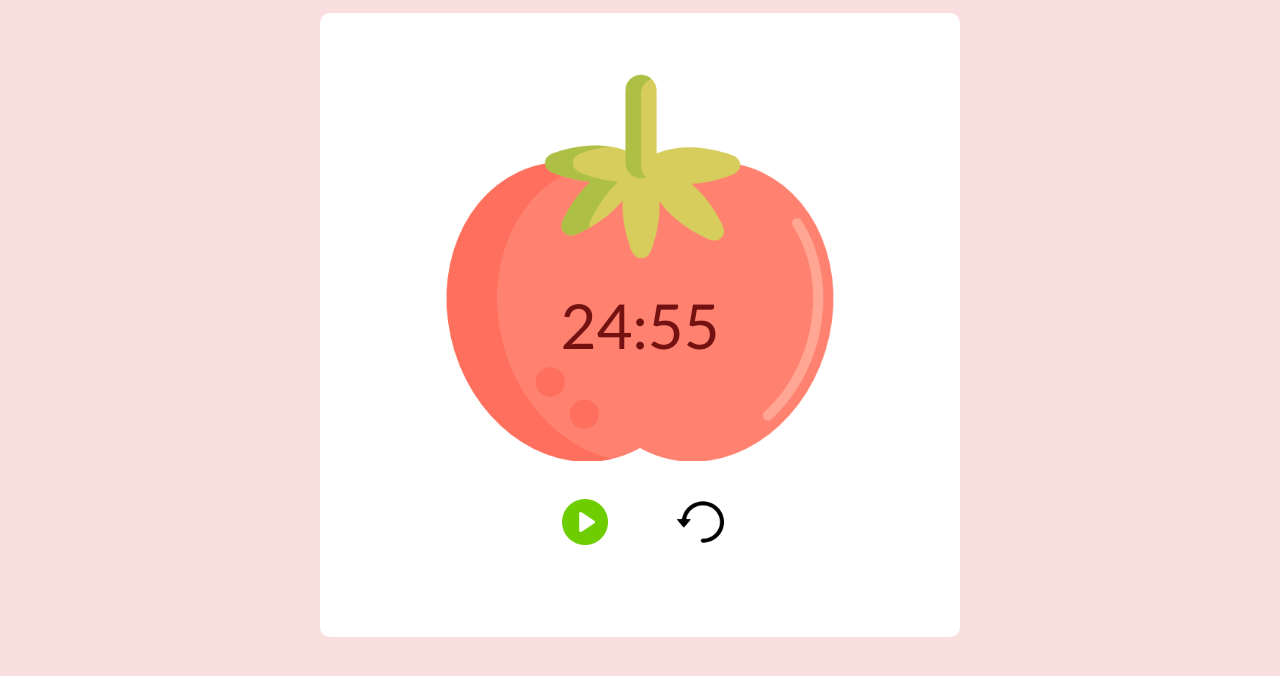
Repository: Dirlandia404/pomodoro
Page: /
An editor plug-in stored every save of this project. The page is shown before and after the next save, followed by the edit.
The browser window is 1280 px wide. The pictures show the whole page.
The project was rebuilt for these pictures with package versions that can differ from the ones it lists, and the page was loaded fresh each time.

Above is the page before, as saved 2021-11-26 08:13:27.

After the next save:
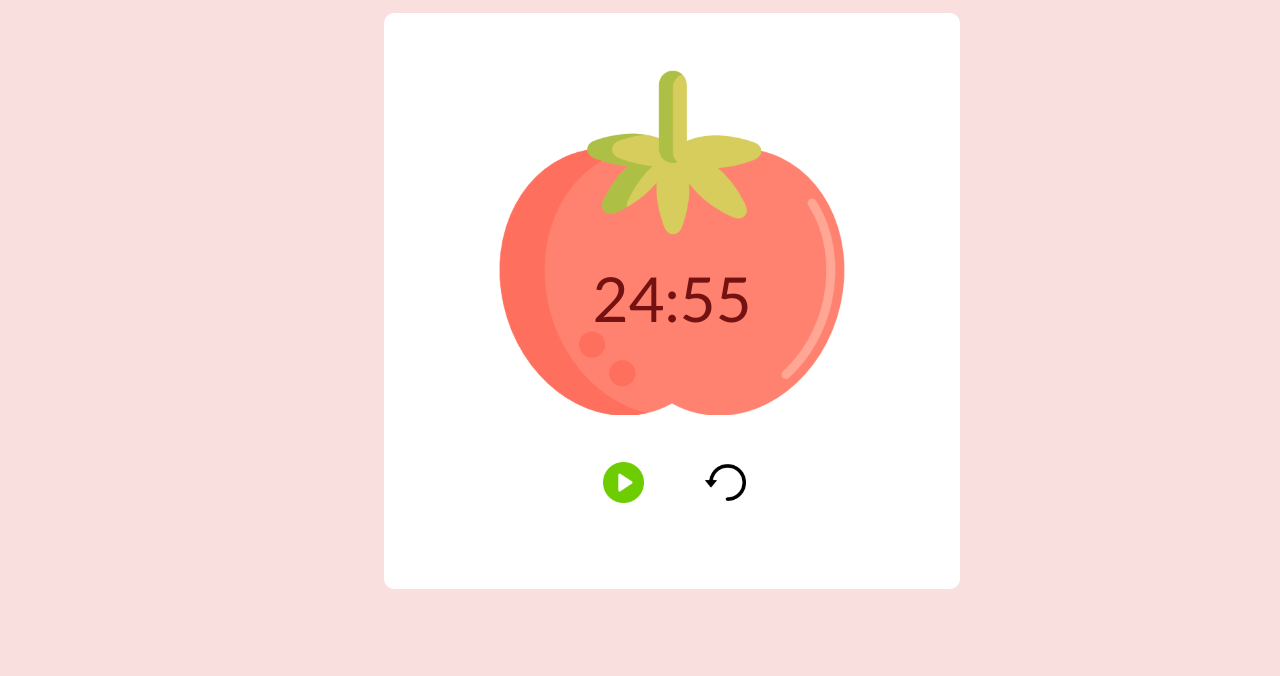
Saved 8 s later.
--- a/src/componentes/componente.css
+++ b/src/componentes/componente.css
@@ -17,7 +17,7 @@ main {
     min-width: 375px;
     max-width: 50%;
 
-    margin-left: -25vw;
+    margin-left: -20vw;
     margin-right: 25vw;
 
     justify-content: center;
